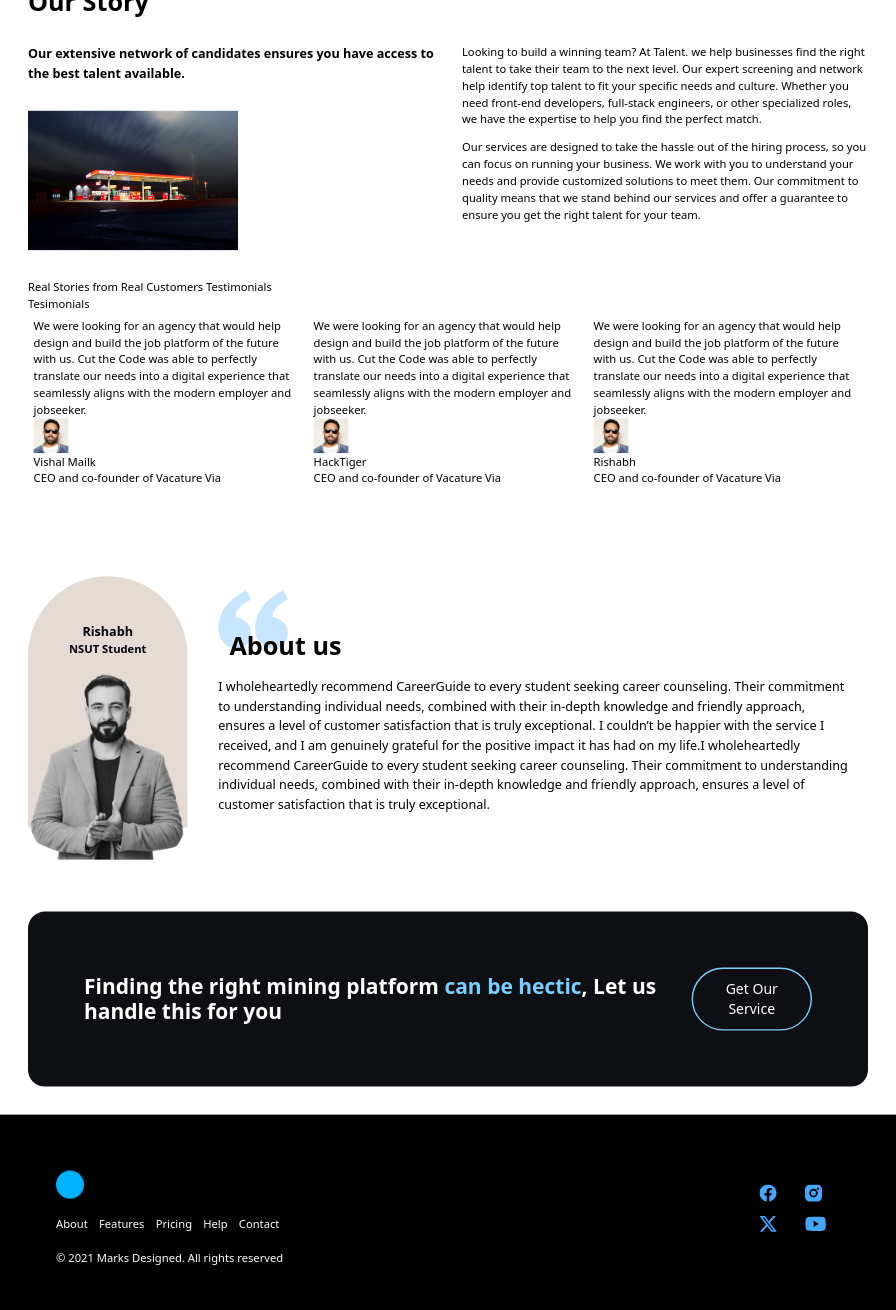
Repository: ayushtenguria/uniteksol
Page: /
The author's editor kept a copy of each file at every save. The page is drawn from the files as they stood at one save, then again after a run of saves.
The browser window is 1280 px wide. The pictures show the part of the page from y = 1026 to 2946 px (the page is 2898 px tall before and 2946 px after), at 70% of full size.
The project was rebuilt for these pictures with package versions that can differ from the ones it lists, and the page was loaded fresh each time. The framework's server and built-in components were replaced by stand-ins that run in the browser. Also part of the build but not shown: next.config.mjs.

Above is the page before, as saved 2024-02-23 20:57:55.

After the next 4 saves:
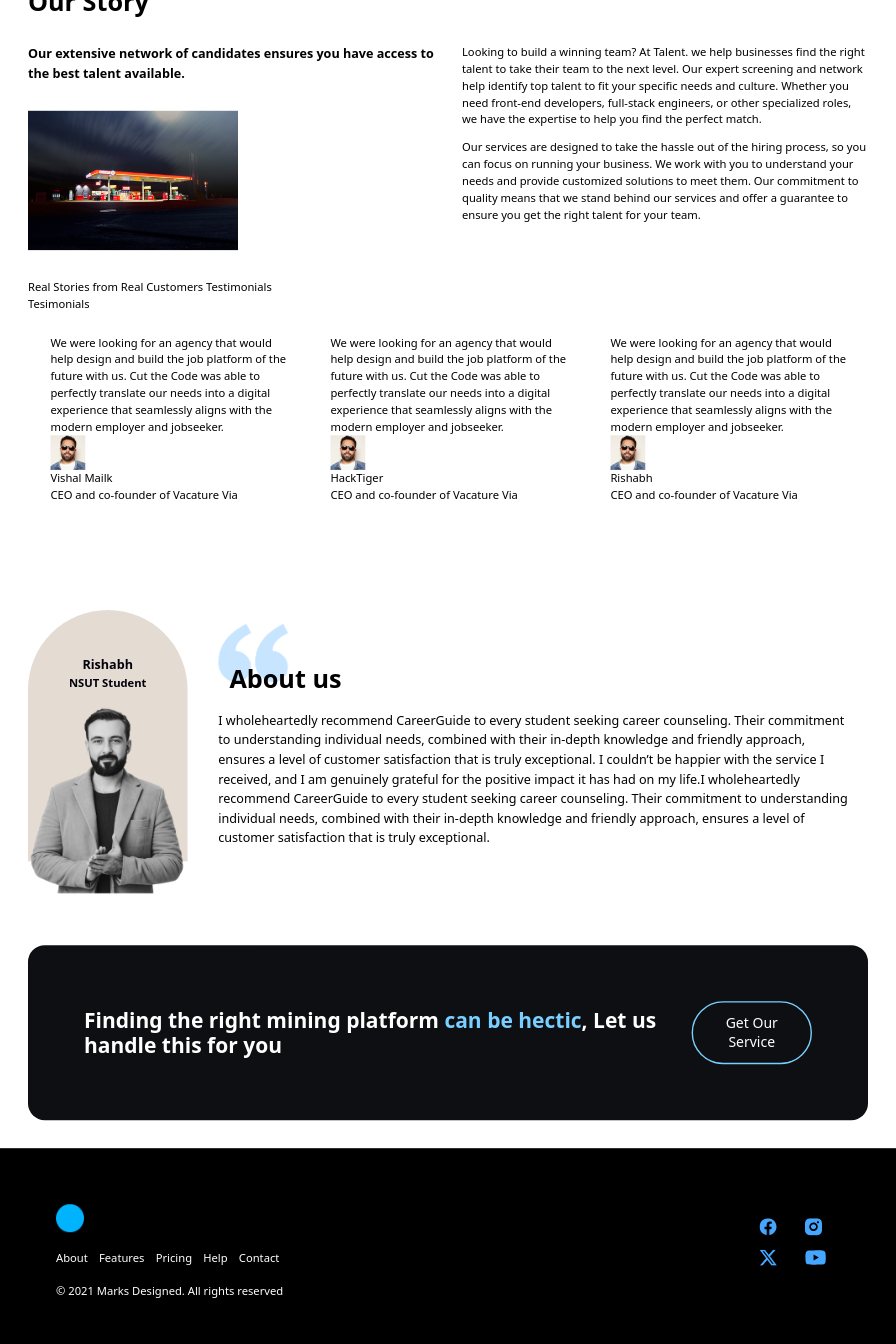
The 4 saves are shown as one change because they came seconds apart.
The last was saved 22 s later.
--- a/components/Testimonials.js
+++ b/components/Testimonials.js
@@ -14,7 +14,7 @@
             <p>Tesimonials</p>
             <SimpleSlider dots={false} noOfSlides={3}  >
                 {TESTIMONIALS.map((t)=>(
-                <div className="">
+                <div className="rounded-3xl p-4 m-2 border-">
                     <div className="p-2">
                     <div>
                         {t.description}
